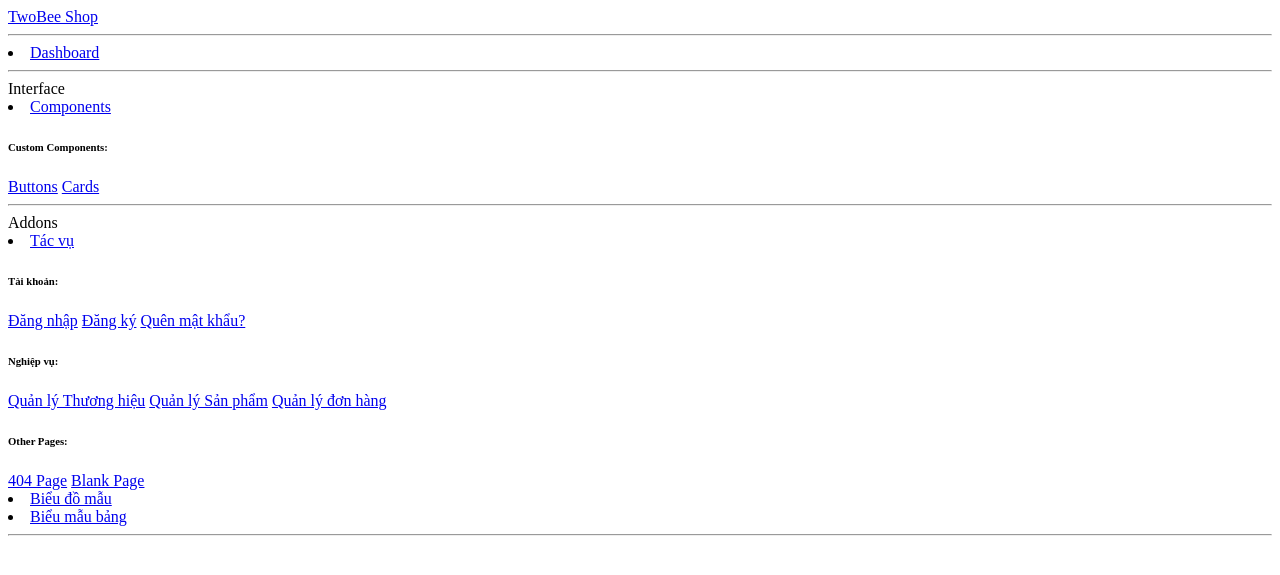
Repository: tuandh111/Java-6-asm
Page: Front-end/Java6_asm_/component/admin/sidebar.html
These files come from the project's save history. The page is drawn as it stood at one moment and after the next save; the edit follows.
The browser window is 1280 px wide. The pictures show the whole page.

Above is the page before, as saved 2024-03-30 19:43:01.

### Front-end/Java6_asm_/component/admin/sidebar.html
<!-- Sidebar -->


<!-- Sidebar - Brand -->
<a class="sidebar-brand d-flex align-items-center justify-content-center" href="#!/admin">
    <div class="sidebar-brand-icon rotate-n-15">
        <i class="fas fa-laugh-wink"></i>
    </div>
    <div class="sidebar-brand-text mx-3">TwoBee Shop <sup></sup></div>
</a>

<!-- Divider -->
<hr class="sidebar-divider my-0">

<!-- Nav Item - Dashboard -->
<li class="nav-item active">
    <a class="nav-link" href="#!/admin">
        <i class="fas fa-fw fa-tachometer-alt"></i>
        <span>Dashboard</span></a>
</li>

<!-- Divider -->
<hr class="sidebar-divider">

<!-- Heading -->
<div class="sidebar-heading">
    Interface
</div>

<!-- Nav Item - Pages Collapse Menu -->
<li class="nav-item">
    <a class="nav-link collapsed" href="#" data-toggle="collapse" data-target="#collapseTwo" aria-expanded="true"
        aria-controls="collapseTwo" onclick="event.preventDefault()">
        <i class="fas fa-fw fa-cog"></i>
        <span>Components</span>
    </a>
    <div id="collapseTwo" class="collapse" aria-labelledby="headingTwo" data-parent="#accordionSidebar">
        <div class="bg-white py-2 collapse-inner rounded">
            <h6 class="collapse-header">Custom Components:</h6>
            <a class="collapse-item" href="#!/admin/buttons">Buttons</a>
            <a class="collapse-item" href="#!/admin/cards">Cards</a>
        </div>
    </div>
</li>


<!-- Divider -->
<hr class="sidebar-divider">

<!-- Heading -->
<div class="sidebar-heading">
    Addons
</div>

<!-- Nav Item - Pages Collapse Menu -->
<li class="nav-item">
    <a class="nav-link collapsed" href="#" data-toggle="collapse" data-target="#collapsePages" aria-expanded="true"
        aria-controls="collapsePages" onclick="event.preventDefault()">
        <i class="fas fa-fw fa-folder"></i>
        <span>Tác vụ</span>
    </a>
    <div id="collapsePages" class="collapse" aria-labelledby="headingPages" data-parent="#accordionSidebar">
        <div class="bg-white py-2 collapse-inner rounded">
            <h6 class="collapse-header">Tài khoản:</h6>
            <a class="collapse-item" href="#!/admin/login">Đăng nhập</a>
            <a class="collapse-item" href="#!/admin/register">Đăng ký</a>
            <a class="collapse-item" href="#!/admin/forgot-password">Quên mật khẩu?</a>
            <div class="collapse-divider"></div>
            <h6 class="collapse-header">Nghiệp vụ:</h6>
            <a class="collapse-item" href="#!/admin/brands">Quản lý Thương hiệu</a>
            <a class="collapse-item" href="#!/admin/products">Quản lý Sản phẩm</a>
            <a class="collapse-item" href="#!/admin/orders">Quản lý đơn hàng</a>
            <div class="collapse-divider"></div>
            <h6 class="collapse-header">Other Pages:</h6>
            <a class="collapse-item" href="#!/admin/404">404 Page</a>
            <a class="collapse-item" href="#!/admin/blank">Blank Page</a>
        </div>
    </div>
</li>

<!-- Nav Item - Charts -->
<li class="nav-item">
    <a class="nav-link" href="#!/admin/charts">
        <i class="fas fa-fw fa-chart-area"></i>
        <span>Biểu đồ mẫu</span></a>
</li>

<!-- Nav Item - Tables -->
<li class="nav-item">
    <a class="nav-link" href="#!/admin/tables">
        <i class="fas fa-fw fa-table"></i>
        <span>Biểu mẫu bảng</span></a>
</li>

<!-- Divider -->
<hr class="sidebar-divider d-none d-md-block">

<!-- Sidebar Toggler (Sidebar) -->
<!-- <div class="text-center d-none d-md-inline">
    <button class="rounded-circle border-0" id="sidebarToggle"></button>
</div> -->

<!-- Sidebar Message -->
<!-- <div class="sidebar-card d-none d-lg-flex">
    <img class="sidebar-card-illustration mb-2" src="../../assets/admin/img/undraw_rocket.svg" alt="...">
    <p class="text-center mb-2"><strong>SB Admin Pro</strong> is packed with premium features, components,
        and more!</p>
    <a class="btn btn-success btn-sm" href="https://startbootstrap.com/theme/sb-admin-pro">Upgrade to
        Pro!</a>
</div> -->
<!-- End of Sidebar -->

After the next save:
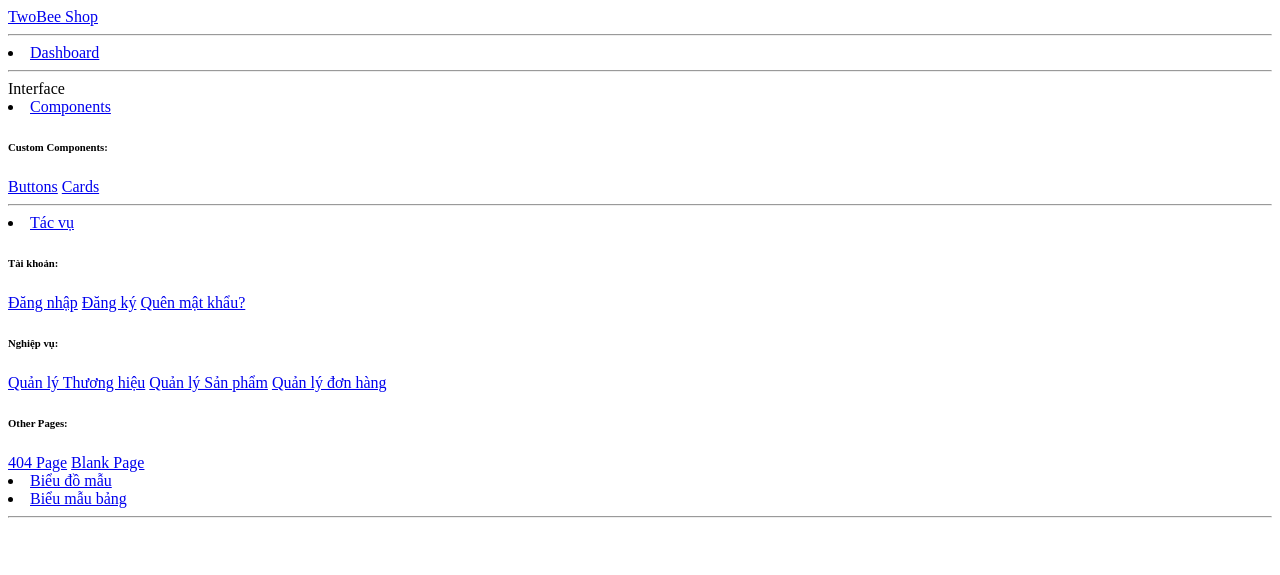
Saved 86 s later.
--- a/Front-end/Java6_asm_/component/admin/sidebar.html
+++ b/Front-end/Java6_asm_/component/admin/sidebar.html
@@ -48,9 +48,9 @@
 <hr class="sidebar-divider">
 
 <!-- Heading -->
-<div class="sidebar-heading">
+<!-- <div class="sidebar-heading">
     Addons
-</div>
+</div> -->
 
 <!-- Nav Item - Pages Collapse Menu -->
 <li class="nav-item">
